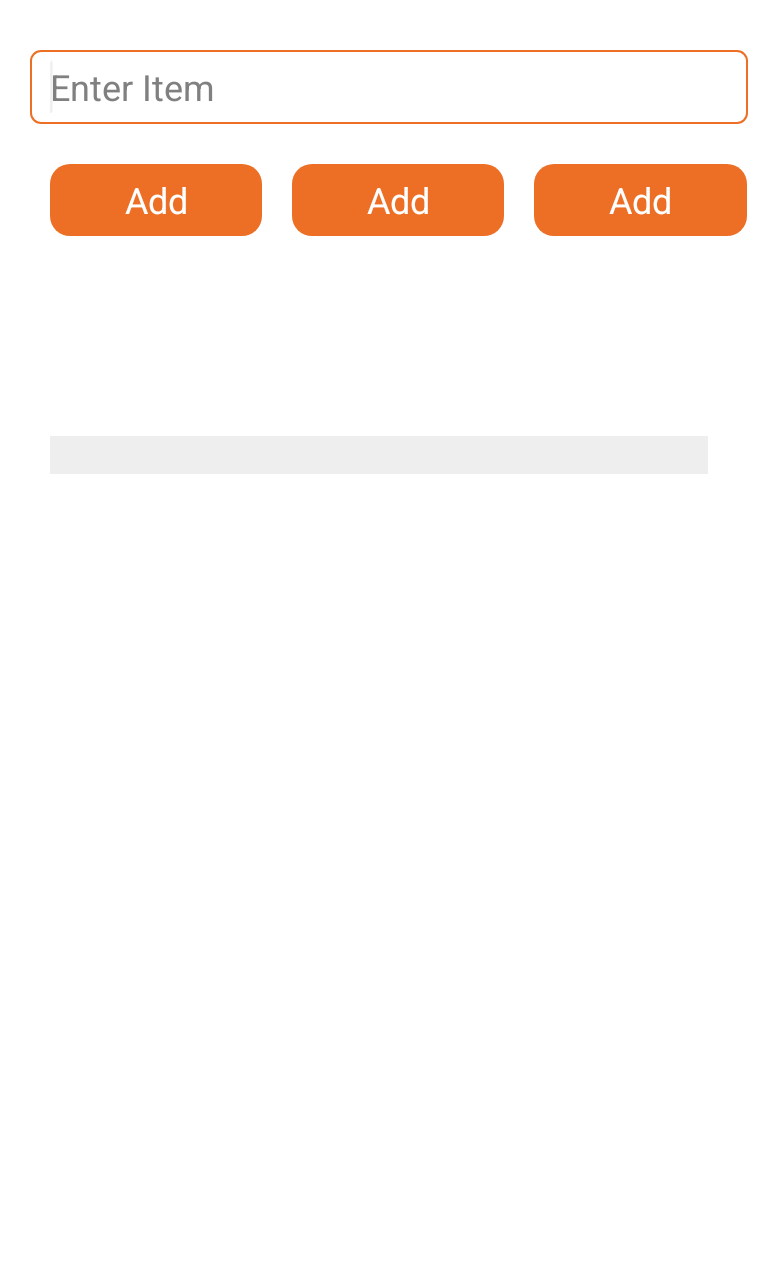
Repository: ianDervan/FYP_ShopSmart
Layout: FYP/ShopSmart/res/layout/activity_shopping_list.xml
An editor plug-in stored every save of this project. The layout is shown before and after the next save, followed by the edit.
It is drawn on a 768 x 1280 px phone screen (xhdpi) without system bars, with theme AppTheme; the app's code is not run.

Above is the layout before, as saved 2015-01-16 20:40:05.

### FYP/ShopSmart/res/layout/activity_shopping_list.xml
<?xml version="1.0" encoding="utf-8"?>
<LinearLayout xmlns:android="http://schemas.android.com/apk/res/android"
     android:layout_width="match_parent"
     android:layout_height="match_parent"
     android:orientation="vertical"
     android:padding="10dip" >

    <LinearLayout
        android:layout_width="fill_parent"
        android:layout_height="wrap_content"
        android:orientation="horizontal" >

        <AutoCompleteTextView
            android:id="@+id/autocomplete_country"
            android:layout_width="match_parent"
            android:layout_height="37dp"
            android:layout_marginLeft="5dp"
            android:layout_marginTop="15dp"
            android:background="@drawable/customeditext"
            android:dropDownWidth="340dp"
            android:hint="Enter Item"
            android:paddingLeft="10dp" >

            <requestFocus />
        </AutoCompleteTextView>
	</LinearLayout>

    <LinearLayout
        android:layout_width="fill_parent"
        android:layout_height="wrap_content"
        android:layout_marginTop="10dp"
        android:orientation="horizontal" >

        <Button
            android:id="@+id/Button02"
            android:layout_width="wrap_content"
            android:layout_height="36dp"
            android:layout_marginLeft="15dp"
            android:layout_marginTop="10dp"
            android:layout_weight="0.1"
            android:background="@drawable/custombutton_lr"
            android:text="Add"
            android:textColor="#FFFFFF" />

        <Button
            android:id="@+id/Button01"
            android:layout_width="wrap_content"
            android:layout_height="36dp"
            android:layout_weight="0.1"
            android:layout_marginLeft="15dp"
            android:layout_marginTop="10dp"
            android:background="@drawable/custombutton_lr"
            android:text="Add"
            android:textColor="#FFFFFF" />

        <Button
            android:id="@+id/btn_2"
            android:layout_width="wrap_content"
            android:layout_height="36dp"
            android:layout_weight="0.1"
            android:layout_marginLeft="15dp"
            android:layout_marginTop="10dp"
            android:background="@drawable/custombutton_lr"
            android:text="Add"
            android:textColor="#FFFFFF" />
    </LinearLayout>

     <LinearLayout
         android:layout_width="fill_parent"
         android:layout_height="wrap_content"
         android:layout_marginTop="50dp"
         android:orientation="vertical" >


         <ScrollView
             android:id="@+id/ScrollView01"
             android:layout_width="match_parent"
             android:layout_height="0dp"
             android:layout_weight="1.20"
             android:layout_marginTop="50dp" >

             <TextView
                 android:id="@+id/txtMsg"
                 android:layout_width="match_parent"
                 android:layout_height="wrap_content"
                 android:layout_marginLeft="15dp"
                 android:layout_marginRight="20dp"
                 android:background="#ffeeeeee" />
         </ScrollView>

     </LinearLayout>
 </LinearLayout>

### FYP/ShopSmart/res/drawable/customeditext.xml
<?xml version="1.0" encoding="utf-8"?>

<shape xmlns:android="http://schemas.android.com/apk/res/android"
	android:shape="rectangle" android:padding="10dp">
	<solid android:color="#FFFFFF" />
	<corners
	    android:bottomRightRadius="5dp"
		android:bottomLeftRadius="5dp"
		android:topLeftRadius="5dp"
		android:topRightRadius="5dp" />
	<stroke android:width="1dip" android:color="#ED6F26"/>

</shape>

### FYP/ShopSmart/res/drawable/custombutton_lr.xml
<?xml version="1.0" encoding="utf-8"?>

<shape xmlns:android="http://schemas.android.com/apk/res/android"
     android:shape="rectangle">
     <solid android:color="#ED6F26"/>
     <corners android:bottomLeftRadius="10dp"
         android:bottomRightRadius="10dp"
         android:topLeftRadius="10dp"
         android:topRightRadius="10dp"/>
 </shape>

Loaded but not shown: FYP/ShopSmart/res/values/styles.xml (common file); FYP/ShopSmart/res/values-v11/styles.xml (common file); FYP/ShopSmart/res/values-v14/styles.xml (common file)

After the next save:
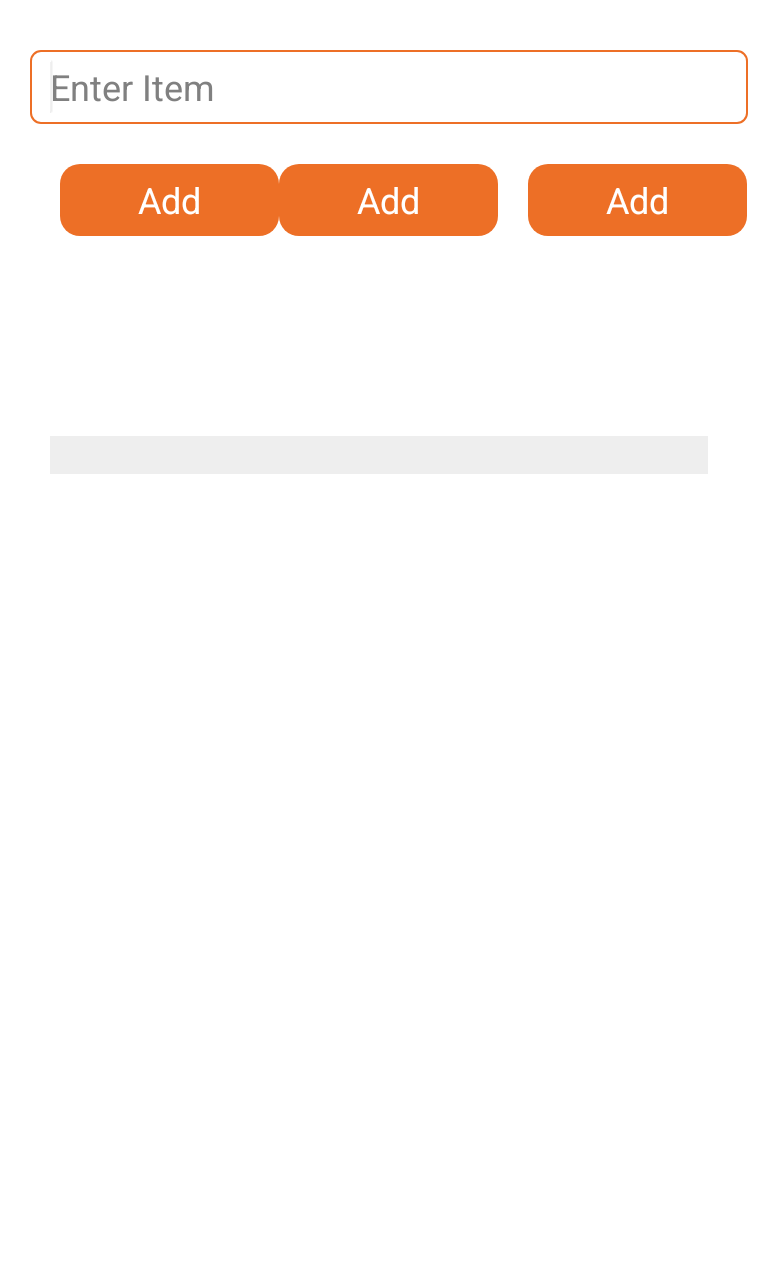
Saved 65 s later.
--- a/FYP/ShopSmart/res/layout/activity_shopping_list.xml
+++ b/FYP/ShopSmart/res/layout/activity_shopping_list.xml
@@ -29,6 +29,7 @@
         android:layout_width="fill_parent"
         android:layout_height="wrap_content"
         android:layout_marginTop="10dp"
+        android:layout_marginLeft="5dp"
         android:orientation="horizontal" >
 
         <Button
@@ -47,7 +48,7 @@
             android:layout_width="wrap_content"
             android:layout_height="36dp"
             android:layout_weight="0.1"
-            android:layout_marginLeft="15dp"
+
             android:layout_marginTop="10dp"
             android:background="@drawable/custombutton_lr"
             android:text="Add"
